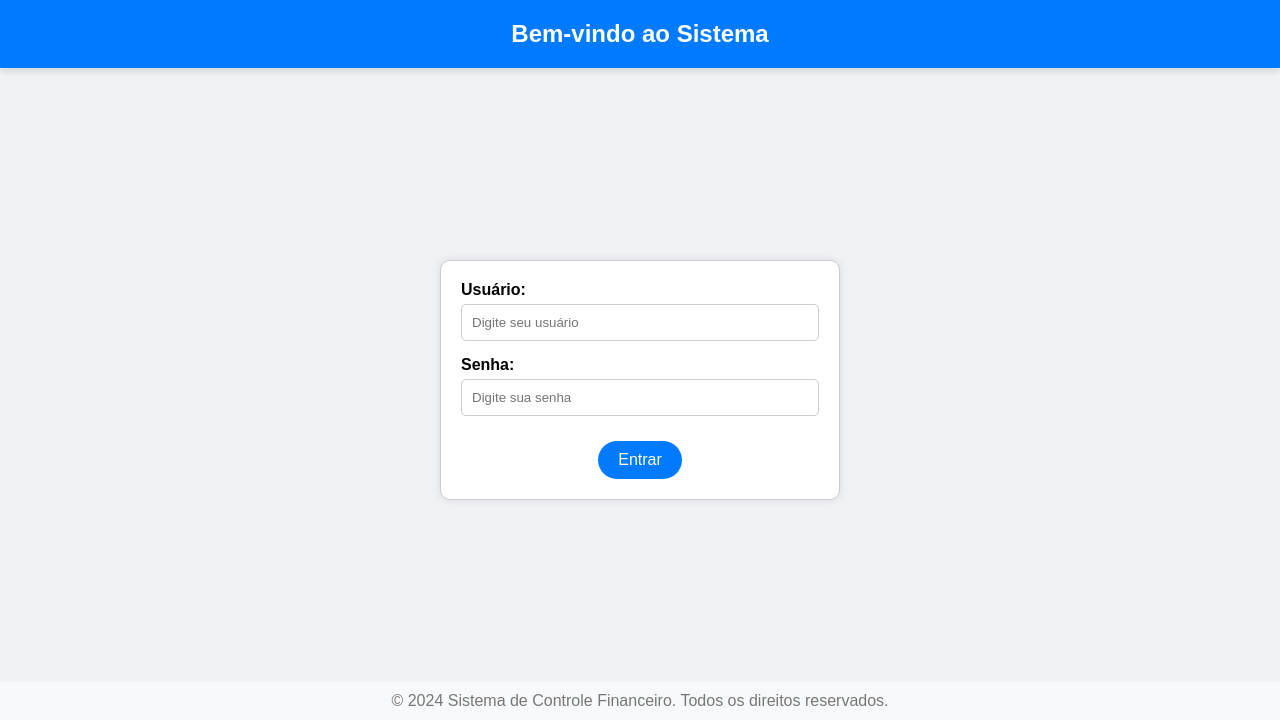
Repository: LucasMontalvao1/ProjetoMaxima
Page: / (app in AngularMaxima/)
The author's editor kept a copy of each file at every save. The page is drawn from the files as they stood at one save, then again after the next save.
The browser window is 1280 px wide. The pictures show the whole page.
The project was rebuilt for these pictures with package versions that can differ from the ones it lists, and the page was loaded fresh each time. Also part of the build but not shown: AngularMaxima/angular.json, AngularMaxima/src/app/pages/home/home.component.ts.

Above is the page before, as saved 2024-07-14 17:21:45.

### AngularMaxima/src/index.html
<!doctype html>
<html lang="en">
<head>
  <meta charset="utf-8">
  <title>AngularMaxima</title>
  <base href="/">
  <meta name="viewport" content="width=device-width, initial-scale=1">
  <link rel="icon" type="image/x-icon" href="favicon.ico">
</head>
<body>
  <app-root></app-root>
</body>
</html>

### AngularMaxima/src/styles.css
* {
  margin: 0;
  padding: 0;
  box-sizing: border-box;
}

body, html {
  height: 100%;
  font-family: Arial, sans-serif;
  background-color: #f0f2f5;
}

.main-container {
  display: flex;
  flex-direction: column;
  height: 100%;
}

.content {
  flex: 1;
  display: flex;
  justify-content: center;
  align-items: center;
  padding: 20px;
  margin-top: 80px;
  margin-bottom: 40px;
}

.header {
  width: 100%;
  background-color: #007bff;
  color: #fff;
  padding: 20px 0;
  text-align: center;
  box-shadow: 0 4px 6px rgba(0, 0, 0, 0.1);
  position: fixed;
  top: 0;
  left: 0;
  z-index: 1000;
}

.header h1 {
  margin: 0;
  font-size: 24px;
}

.footer {
  width: 100%;
  background-color: #f8f9fa;
  color: #777;
  padding: 10px 0;
  text-align: center;
  position: fixed;
  bottom: 0;
  left: 0;
  z-index: 1000;
}

### AngularMaxima/src/app/app.module.ts
import { NgModule } from '@angular/core';
import { BrowserModule } from '@angular/platform-browser';

import { AppRoutingModule } from './app-routing.module';
import { AppComponent } from './app.component';
import { LoginComponent } from './pages/login/login.component';
import { ReactiveFormsModule } from '@angular/forms';
import { HttpClientModule } from '@angular/common/http';
import { AuthService } from './services/auth.service';

@NgModule({
  declarations: [
    AppComponent,
    LoginComponent,

  ],
  imports: [
    BrowserModule,
    AppRoutingModule,
    ReactiveFormsModule,
    HttpClientModule
  ],
  providers: [AuthService],
  bootstrap: [AppComponent]
})
export class AppModule { }

### AngularMaxima/src/app/app-routing.module.ts
import { NgModule } from '@angular/core';
import { RouterModule, Routes } from '@angular/router';
import { LoginComponent } from './pages/login/login.component';
import { HomeComponent } from './pages/home/home.component';

const routes: Routes = [
  { path: '', redirectTo: '/login', pathMatch: 'full'},
  { path: 'login', component: LoginComponent},
  { path: 'home', component: HomeComponent}
];

@NgModule({
  imports: [RouterModule.forRoot(routes)],
  exports: [RouterModule]
})
export class AppRoutingModule { }

### AngularMaxima/src/app/app.component.ts
import { Component } from '@angular/core';

@Component({
  selector: 'app-root',
  templateUrl: './app.component.html',
  styleUrls: ['./app.component.css']
})
export class AppComponent {
  title = 'AngularMaxima';
}

### AngularMaxima/src/app/pages/login/login.component.ts
import { Component, OnInit } from '@angular/core';
import { FormBuilder, FormGroup, Validators } from '@angular/forms';
import { Router } from '@angular/router';
import { AuthService } from '../../services/auth.service';

@Component({
  selector: 'app-login',
  templateUrl: './login.component.html',
  styleUrls: ['./login.component.css']
})
export class LoginComponent implements OnInit {

  loginForm: FormGroup;

  constructor(
    private formBuilder: FormBuilder,
    private authService: AuthService,
    private router: Router
  ) {}

  ngOnInit(): void {
    this.loginForm = this.formBuilder.group({
      username: ['', Validators.required],
      password: ['', Validators.required]
    });
  }

  onSubmit() {
    if (this.loginForm.valid) {
      const username = this.loginForm.get('username').value;
      const password = this.loginForm.get('password').value;
      this.login(username, password);
    } else {
      console.error('Formulário inválido. Verifique os campos.');
    }
  }

  login(username: string, password: string) {
    this.authService.login(username, password).subscribe(
      (response) => {
        console.log('Login bem-sucedido!', response);
        this.router.navigate(['/home']); // Redirecionamento para a página inicial após login
      },
      (error) => {
        console.error('Erro no login:', error);
        alert('Credenciais inválidas. Por favor, tente novamente.'); // Exemplo de feedback de erro
      }
    );
  }
}

### AngularMaxima/src/app/services/auth.service.ts
import { Injectable } from '@angular/core';
import { HttpClient } from '@angular/common/http';
import { environment } from '../../environments/environment';
import { Observable } from 'rxjs';
import { LoginModel } from '../models/login.model';

@Injectable({
  providedIn: 'root'
})
export class AuthService {
  apiUrl: string = environment.apiUrl;

  constructor(private http: HttpClient) {}

  login(username: string, password: string, credentials: LoginModel): Observable<any> {
    return this.http.post<any>(`${this.apiUrl}/login`, credentials);
  }
}

### AngularMaxima/src/app/pages/login/login.component.html
<div class="main-container">
  <header class="header">
    <h1>Bem-vindo ao Sistema</h1>
  </header>
  <div class="login-container">
    <form [formGroup]="loginForm" (ngSubmit)="onSubmit()">
      <div class="form-group">
        <label for="username">Usuário:</label>
        <input type="text" id="username" formControlName="username" class="form-control" placeholder="Digite seu usuário">
      </div>
      <div class="form-group">
        <label for="password">Senha:</label>
        <input type="password" id="password" formControlName="password" class="form-control" placeholder="Digite sua senha">
      </div>
      <button type="submit" class="btn btn-primary login-button">Entrar</button>
    </form>
  </div>
  <footer class="footer">
    <p>&copy; 2024 Sistema de Controle Financeiro. Todos os direitos reservados.</p>
  </footer>
</div>

### AngularMaxima/src/app/pages/login/login.component.css
.login-container {
  flex: 1;
  display: flex;
  justify-content: center;
  align-items: center;
  padding: 20px;
  margin-top: 80px; /* Espaço para o header fixo */
  margin-bottom: 40px; /* Espaço para o footer fixo */
}

.login-container form {
  max-width: 400px;
  width: 100%;
  padding: 20px;
  border: 1px solid #ccc;
  border-radius: 10px;
  box-shadow: 0 0 10px rgba(0, 0, 0, 0.1);
  background-color: #fff;
  text-align: center;
  animation: fadeIn 1s ease-in-out;
}

/* Animação de fade-in */
@keyframes fadeIn {
  from { opacity: 0; }
  to { opacity: 1; }
}

/* Estilos para os campos do formulário */
.form-group {
  margin-bottom: 15px;
  text-align: left;
}

label {
  display: block;
  font-weight: bold;
  margin-bottom: 5px;
}

.form-control {
  width: 100%;
  padding: 10px;
  border: 1px solid #ccc;
  border-radius: 5px;
  transition: border-color 0.3s, box-shadow 0.3s;
}

.form-control:focus {
  border-color: #007bff;
  outline: none;
  box-shadow: 0 0 5px rgba(0, 123, 255, 0.5);
}

/* Estilos para o botão de login */
.login-button {
  background-color: #007bff;
  color: #fff;
  border: none;
  padding: 10px 20px;
  border-radius: 20px;
  font-size: 16px;
  cursor: pointer;
  transition: background-color 0.3s, transform 0.3s;
  margin-top: 10px;
}

.login-button:hover {
  background-color: #0069d9;
  transform: scale(1.05);
}

### AngularMaxima/src/environments/environment.ts
export const environment = {
  production: false,
  apiUrl: 'https://localhost:7041'
};

Loaded but not shown: AngularMaxima/src/main.ts (common file); AngularMaxima/src/app/app.component.html (common file); AngularMaxima/src/app/app.component.css (no stored copy; drawn as an empty file)

After the next save:
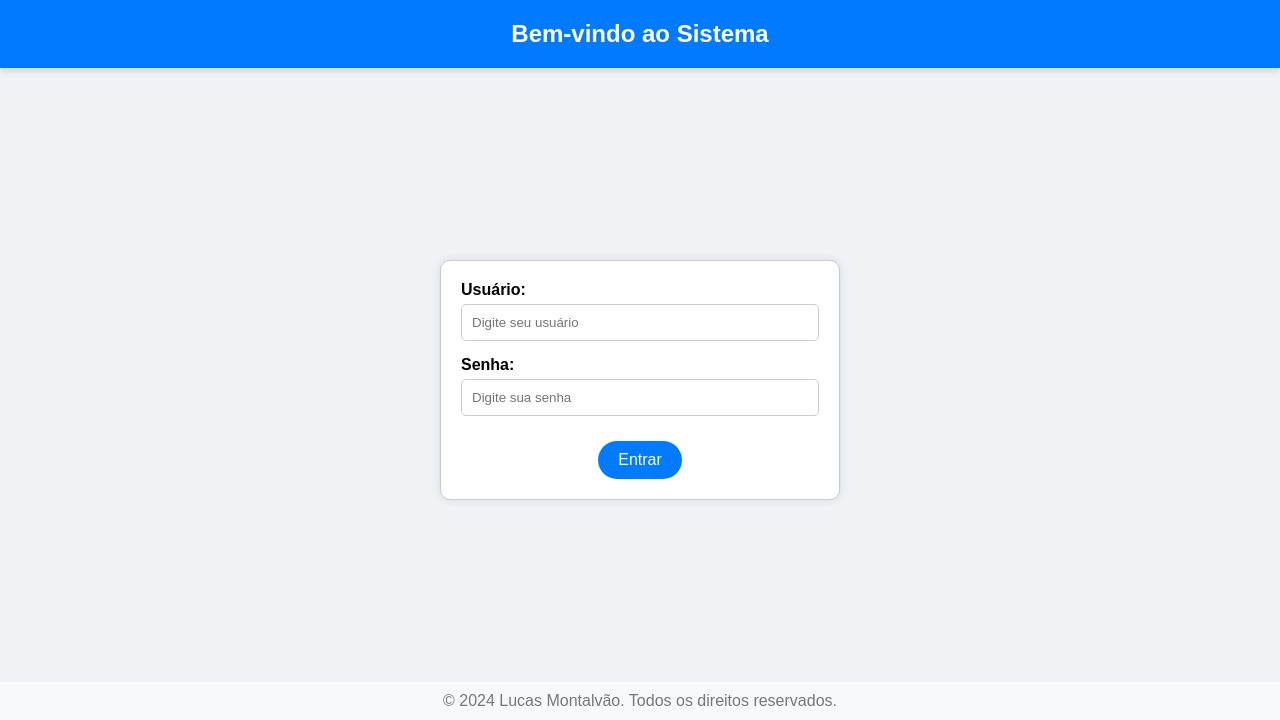
Saved 8 s later.
--- a/AngularMaxima/src/app/pages/login/login.component.html
+++ b/AngularMaxima/src/app/pages/login/login.component.html
@@ -16,6 +16,6 @@
     </form>
   </div>
   <footer class="footer">
-    <p>&copy; 2024 Sistema de Controle Financeiro. Todos os direitos reservados.</p>
+    <p>&copy; 2024 Lucas Montalvão. Todos os direitos reservados.</p>
   </footer>
 </div>
